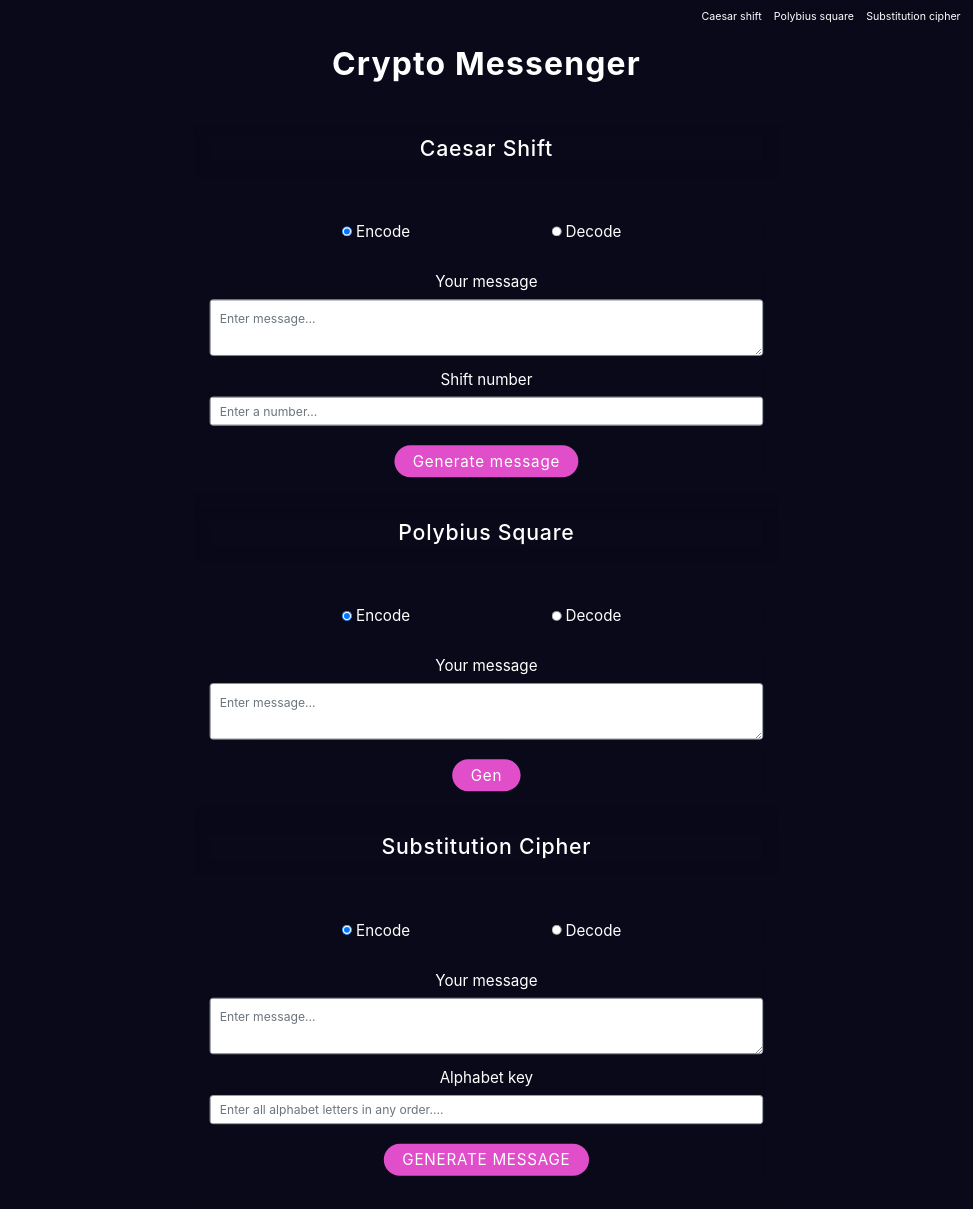
Repository: Rthompson2548/Project-Decoder-Ring
Page: index.html
These files come from the project's save history. The page is drawn as it stood at one moment and after the next save; the edit follows.
The browser window is 1280 px wide. The pictures show the whole page, at 76% of full size.

Above is the page before, as saved 2022-04-09 20:30:42.

### index.html
<!DOCTYPE html>
<html lang="en">

<head>
  <!-- Required meta tags -->
  <meta charset="utf-8" />
  <meta name="viewport" content="width=device-width, initial-scale=1, shrink-to-fit=no" />
  <link rel="icon" href="images/favicon.ico" />
  <link rel="stylesheet" type="text/css" href="index.css" />
  <link rel="stylesheet" href="https://stackpath.bootstrapcdn.com/bootstrap/4.5.2/css/bootstrap.min.css"
    integrity="sha384-JcKb8q3iqJ61gNV9KGb8thSsNjpSL0n8PARn9HuZOnIxN0hoP+VmmDGMN5t9UJ0Z" crossorigin="anonymous" />
<link rel="preconnect" href="https://fonts.googleapis.com">
<link rel="preconnect" href="https://fonts.gstatic.com" crossorigin>
<link href="https://fonts.googleapis.com/css2?family=Archivo&family=Montserrat&family=Work+Sans&display=swap"
  rel="stylesheet">
  <title>Crypto-Messenger</title>
</head>

<body>
  <header class="container-fluid border-0">
    <div class="nav-bar fixed-top">
      <div class="nav-bar">
        <a href="#caesar-shift"> <span class="nav-bar-item">
            Caesar shift
          </span> </a>
          <a href="#polybius-square"> <span class="nav-bar-item">
            Polybius square
          </span> </a>
          <a href="#substitution-cipher"> <span class="nav-bar-item">
            Substitution cipher
          </span> </a>
      </div>
    </div>
  </header>
  <main>
    <div class="header">
      <span class="page-title">
        Crypto Messenger
      </span>
      <!-- <p>Use ciphers to encode & decode messages</p> -->
      </div>

    <div class="page-content">
      <!-- Caesar Shift -->
      <section>
        <div class="language-card" id="caesar-shift">
          <div class="card-header">
            <h2 class="language-card-title">Caesar Shift</h2>
            </div>
            <div class="card-body">

            <form id="caesar">
<!-- encode/decode radio option buttons -->
              <div class="encode-decode-options">
                <!-- encode option radio button -->
                <div class="form-check form-check-inline">
                  <input class="form-check-input" type="radio" name="caesar-options" id="caesar-options-encode" value="encode" checked />

                  <label class="form-check-label" for="caesar-options-encode">
                    Encode
                  </label>

                </div>
<!-- decode option radio button -->
                <div class="form-check form-check-inline">
                  <input class="form-check-input" type="radio" name="caesar-options" id="caesar-options-decode" value="decode" />

                  <label class="form-check-label" for="caesar-options-decode">
                    Decode
                  </label>

                </div>
              </div>

              <div class="form-group">
                <label for="caesar-input">Your message</label>
                <textarea class="form-control" id="caesar-input" rows="2" placeholder="Enter message..."></textarea>
                </div>
                <div class="form-group">
                  <label for="caesar-shift">Shift number</label>
                  <input type="number" class="form-control" id="caesar-shift" placeholder="Enter a number..." />
                </div>
              <div class="submit-button-container">
                <button class="submit-button" type="submit">Generate message</button>
              </div>
            </form>
            </div>
          <div id="caesar-alert" class="alert alert-danger d-none" role="alert"> Something went wrong! Check your input
            and the shift amount and try again. </div>
          <div class="card-footer"><span class="font-weight-bold" id="caesar-output"></span> </div>
          </div>
          </section>
      <!-- Polybius -->
      <section>
        <div class="language-card" id="polybius-square">
          <div class="card-header">
            <h2 class="language-card-title">Polybius Square</h2>
            </div>
            <div class="card-body">
            <!-- <p class="language-card-description"> The Polybius Square is a cipher that is achieved by arranging a
              typical alphabet into a grid. Each letter is represented through a coordinate. For example, in the above
              table, the letter "B" would be represented by the numerical pair "21". </p> -->
            <form id="polybius">
              <div class="encode-decode-options">
                <div class="form-check form-check-inline">
                  <input class="form-check-input" type="radio" name="polybius-options" id="polybius-options-encode" value="encode"
                    checked />
                  <label class="form-check-label" for="polybius-options-encode">Encode</label>
                </div>
                <div class="form-check form-check-inline">
                  <input class="form-check-input" type="radio" name="polybius-options" id="polybius-options-decode" value="decode" />
                  <label class="form-check-label" for="polybius-options-decode">Decode</label>
                </div>
              </div>
              <div class="form-group">
                <label for="polybius-input">Your message</label>
                <textarea class="form-control" id="polybius-input" rows="2" placeholder="Enter message..."></textarea>
                </div>
              <div class="submit-button-container">
                <button class="submit-button" type="submit">Gen</button>
              </div>
            </form>
            </div>
          <div id="polybius-alert" class="alert alert-danger d-none" role="alert"> Something went wrong! Check your
            input and try again. </div>
          <div class="card-footer"><span class="font-weight-bold" id="polybius-output"></span> </div>
          </div>
          </section>
      <!-- Substitution -->
      <section id="substitution-cipher">
        <div class="language-card">
          <div class="card-header">
            <h2 class="language-card-title">Substitution Cipher</h2>
            </div>
            <div class="card-body">

            <form id="substitution">
              <div class="encode-decode-options">
                <div class="form-check form-check-inline">
                  <input class="form-check-input" type="radio" name="substitution-options" id="substitution-options-encode"
                    value="encode" checked />
                  <label class="form-check-label" for="substitution-options-encode">Encode</label>
                </div>
                <div class="form-check form-check-inline">
                  <input class="form-check-input" type="radio" name="substitution-options" id="substitution-options-decode"
                    value="decode" />
                  <label class="form-check-label" for="substitution-options-decode">Decode</label>
                </div>
              </div>
              <div class="form-group">
                <label for="substitution-input">Your message</label>
                <textarea class="form-control" id="substitution-input" rows="2" placeholder="Enter message..."></textarea>
                </div>
                <div class="form-group">
                  <label for="substitution-alphabet">Alphabet key</label>
                  <input type="text" class="form-control" id="substitution-alphabet" maxlength="26"
                    placeholder="Enter all alphabet letters in any order...." />
                </div>
              <div class="submit-button-container">
                <button class="submit-button" type="submit">GENERATE MESSAGE</button>
              </div>
            </form>
            </div>
          <div id="substitution-alert" class="alert alert-danger rounded-0 d-none" role="alert"> Something went wrong!
            Check your input and alphabet key. </div>
          <div class="card-footer border-0"><span class="font-weight-bold" id="substitution-output"></span> </div>
          </div>
          </section>
    </div>

  </main>
  <script src="./scripts/setup.js"></script>
  <script src="./src/caesar.js"></script>
  <script src="./src/polybius.js"></script>
  <script src="./src/substitution.js"></script>
  <script src="./scripts/caesar.js"></script>
  <script src="./scripts/polybius.js"></script>
  <script src="./scripts/substitution.js"></script>
</body>

</html>

### index.css
* {
  background-color: rgb(9 9 25);
  color: #fff;
  margin: 0;
  padding: 0;
}

html, body, #page {
    margin:0;
    padding:0;
    font-family: 'Montserrat', sans-serif;
}

input, textarea {
  font-size: 16px !important;
  border-radius: 20px;
  padding: 12px 24px 12px 12px !important;
}

.page-content {
  align-items: center;
}

.page-title {
  color: #fff;
  font-size: 42px;
  font-weight: bold;
  display: flex;
  letter-spacing: 1.5px;
  justify-content: center;
  margin: 52px 0;
}

.nav-bar {
  display: flex;
  justify-content: center;
  padding: 4px 0;
}

.nav-bar-item {
  font-size: 14px;
  margin-right: 16px;
}

.header {
  display: flex;
  justify-content: center;
}

.encode-decode-options {
  display: flex;
  justify-content: space-evenly;
  margin: 36px 0;
  font-size: 15px;
}

section {
  text-align: center;
}

label {
  font-size: 20px;
}

.language-card {
  display: inline-block;
  width: 60%;
  color: #000;
  border: none;
  border-radius: 8px;
}

.language-card-title {
  font-size: 28px !important;
  letter-spacing: 1px;
  font-weight: light !important;
}

.language-card-description {
  line-height: 1.5rem;
  letter-spacing: 0.5px;
  margin-bottom: 18px;
}

.submit-button-container {
  display: flex;
  justify-content: center;
}

.submit-button {
  background-color: rgb(225 78 202);
  border: none;
  color: #fff;
  border-radius: 25px;
  padding: 6px 24px;
  margin-top: 10px;
  font-size: 20px;
  letter-spacing: 1px;
}

@media (min-width: 1000px) {

  .nav-bar {
    justify-content: end;
  }

  .language-card-title {
    font-size: 16px;
  }

  .language-card-description {
    font-size: 12px;
  }


}

### src/caesar.js
const caesarModule = (function() {
    function caesar(input, shift, encode = true) {
        if (!shift || shift === 0 || shift < -25 || shift > 25) return false;
        /* create a variable that takes the input value and converts it to lower case letters so that all characters have the correct ascii values */
        let word = input.toLowerCase().split("");

        /** will subtract the shift value from the word if "decode" to return the original letters of the word */
        if (!encode) shift = 0 - shift;
        // create a variable that maps each letter of the word
        const message = word.map((letter) => {
            let asciiValue = letter.charCodeAt(0) - 97;
            if (asciiValue < 0 || asciiValue > 26) return letter;

            /* add the ascii code value of the letter to the
            shift argument value to convert  it to the right
            character */
            asciiValue += shift;

            /* if the character's value is less than the 'a' value,
            add 26 to it so that it wraps around the alphabet. */
            if (asciiValue < 0) asciiValue += 26;
            asciiValue = asciiValue % 26;

            /* why do we add the ascii value to 97, which is 'a', if
            we already added it's ascii value to shift? Isn't that how
            we encode the message? */

            asciiValue += 97;

            /* user String.fromCharCode to connect the ascii
            code message back to letter values */
            return String.fromCharCode(asciiValue);
        });

        /* join each new character together to create a full word */
        return message.join("");
    }


    return {
        caesar,
    };
})();

module.exports = {
    caesar: caesarModule.caesar
};

### src/polybius.js
const polybiusModule = (function() {
    function polybius(input, encode = true) {
        /* create a variable that takes the input message, converts it all to lowercase, and use split to return an array of each letter separated by a single comma */
        const split = input.toLowerCase().split("");
        /* create an array of every letter(s) in the polybius square. This array will be separated into multiple inner arrays of letters within the array according to their row */
        const polybiusSquare = [
            ["a", "b", "c", "d", "e"],
            ["f", "g", "h", "(i/j)", "k"],
            ["l", "m", "n", "o", "p"],
            ["q", "r", "s", "t", "u"],
            ["v", "w", "x", "y", "z"],
        ];
        /* create an if statement for what to do if the inputted message should be encoded */
        if (encode) {
            /* create a variable that uses map method on the lowercase message */
            const codedMessage = split.map((letter) => {
                /* create a variable that takes each character from the inputted message array and converts it into it's unicode value. */
                const asciiLetterValue = letter.charCodeAt(0);
                /* use an if statement to return only characters between
                   lowercase 'a' and 'z' ascii values, as well as checking that
                   the character is not a space  */
                if ((asciiLetterValue < 97 || asciiLetterValue > 122) && asciiLetterValue != 32) return;
                /* run a for loop through the polybius square array */
                for (let i = 0; i < polybiusSquare.length; i++) {
                    /* run a for loop within that for loop through each inner array */
                    for (let j = 0; j < polybiusSquare[i].length; j++) {
                        if (polybiusSquare[i][j] === letter) return `${j + 1}${i + 1}`;
                        if (letter === "i" || letter === "j") return "42";
                        if (letter === " ") return " ";
                    }
                }
            });
            /* return the variable that split and lower case'd the original message argument */
            return codedMessage.join("");
        }

        /* decode */

        /* set a variable as an empty string to hold decoded message */
        let codedMessage = "";
        /* run a for loop through the message array, but increment i by 2, because each encoded character amounts to 2 number values */
        for (let i = 0; i < split.length; i += 2) {
            /* create an if statement that checks if the value in the message is a space */
            if (split[i] === " ") {
                /* if the value is true, then add a space string to the decoded message string */
                codedMessage += " ";
                /* switch incrementor to go back one "a" value in order to not include the next number in the string */
                i--;
                /* run a continue statement, which will terminate the i-1 incrementor and return back to a+=2 for the next numbers in the string*/
                continue;
            }
            if (!split[i + 1]) return false; // invalid number of characters
            codedMessage += polybiusSquare[split[i + 1] - 1][split[i] - 1];
        }
        // return the coded message

        return codedMessage;
    }

    return {
        polybius,
    };
})();

module.exports = {
    polybius: polybiusModule.polybius
};

### src/substitution.js
const substitutionModule = (function () {
/* helper function for message and both alphabet strings */
    function mapInput(message, alphabetA, alphabetB) {

        /* use the map method on the input message */
        return message.map((letter) => {
            const index = alphabetA.indexOf(letter);
            /* if statement that returns any characters that
             were not found in the string */
            if (index === -1) return letter;
            return alphabetB[index];
        });
    }

  function substitution(input, alphabet, encode = true) {
        if (!alphabet || alphabet.length != 26) return false;

        /* variable that takes the correct alphabet
        string and returns an array of the letters, separated by a comma */
        const abc = "abcdefghijklmnopqrstuvwxyz".split("");

        /* variable that takes the alphabet argument and
        returns it in lower case, separated by commas */
        const splitAlphabet = alphabet.toLowerCase().split("");

        /* variable that takes the message argument,
        and returns it converted to lower case and separated
        by commas */
        const message = input.toLowerCase().split("");

        /* use a nested for loop to compare the characters
          in the alphabet argument to check for uniqueness */
        for (let i = 0; i < splitAlphabet.length; i++) {
            for (let j = i + 1; j < splitAlphabet.length; j++) {
                if (splitAlphabet[i] === splitAlphabet[j]) return false;
            }
        }

        if (encode) return mapInput(message, abc, splitAlphabet).join("");
        return mapInput(message, splitAlphabet, abc).join("");
}

  return {
    substitution,
  };
})();

module.exports = { substitution: substitutionModule.substitution };

### scripts/caesar.js
function caesarRenderer() {

  const form = document.querySelector("#caesar");

  form.addEventListener("submit", (event) => {
    event.preventDefault();

    /** grabs input value via the textarea's id */
    const input = event.target["caesar-input"].value;

    /** direction will be either "encode" or "decode" */
    const direction = event.target["caesar-options"].value;

    /** grabs the value of the shift number input (aka the number to shift the message by) */
    const shift = event.target["caesar-shift"].value;

    /** sets the value of the shift in integer form */
    const result =
      direction === "encode"
        ? caesarModule.caesar(input, Number(shift))
        : caesarModule.caesar(input, Number(shift), false);

    const alert = document.querySelector("#caesar-alert");

    if (result) {
      alert.classList.add("d-none");
      const output = document.querySelector("#caesar-output");
      output.innerHTML = result;
    } else {
      alert.classList.remove("d-none");
    }
  });
}

document.addEventListener("DOMContentLoaded", caesarRenderer);

### scripts/polybius.js
function polybiusRenderer() {
  const form = document.querySelector("#polybius");
  form.addEventListener("submit", (event) => {
    event.preventDefault();

    const input = event.target["polybius-input"].value;
    const direction = event.target["polybius-options"].value;
    const result =
      direction === "encode"
        ? polybiusModule.polybius(input)
        : polybiusModule.polybius(input, false);

    const alert = document.querySelector("#polybius-alert");
    if (result) {
      alert.classList.add("d-none");
      const output = document.querySelector("#polybius-output");
      output.innerHTML = result;
    } else {
      alert.classList.remove("d-none");
    }
  });
}

document.addEventListener("DOMContentLoaded", polybiusRenderer);

### scripts/substitution.js
function substitutionRenderer() {
  const form = document.querySelector("#substitution");
  form.addEventListener("submit", (event) => {
    event.preventDefault();

    const input = event.target["substitution-input"].value;
    const direction = event.target["substitution-options"].value;
    const alphabet = event.target["substitution-alphabet"].value;
    const result =
      direction === "encode"
        ? substitutionModule.substitution(input, alphabet)
        : substitutionModule.substitution(input, alphabet, false);

    const alert = document.querySelector("#substitution-alert");
    if (result) {
      alert.classList.add("d-none");
      const output = document.querySelector("#substitution-output");
      output.innerHTML = result;
    } else {
      alert.classList.remove("d-none");
    }
  });
}

document.addEventListener("DOMContentLoaded", substitutionRenderer);

Loaded but not shown: scripts/setup.js (common file)

After the next save:
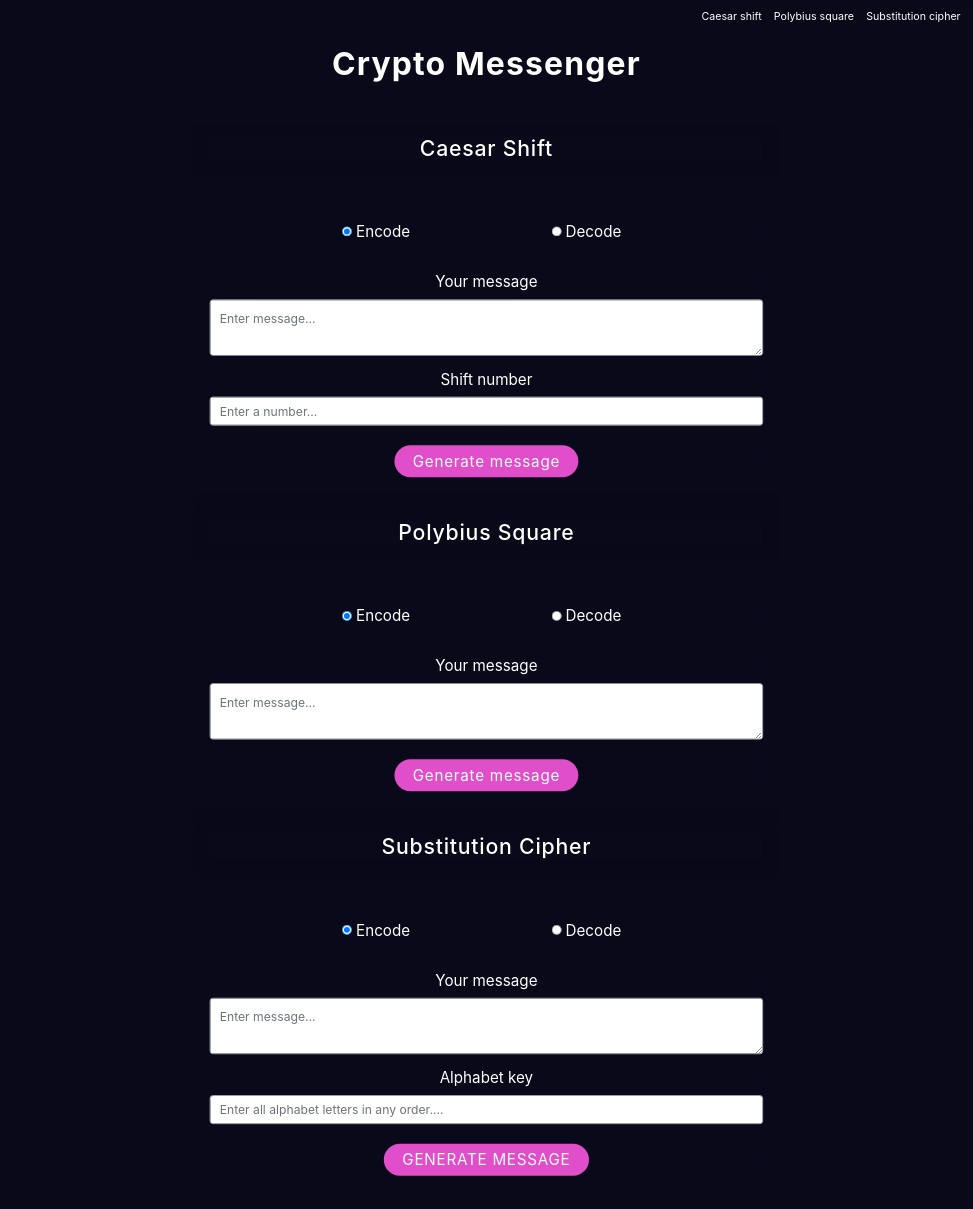
Saved 6 s later.
--- a/index.html
+++ b/index.html
@@ -117,7 +117,7 @@
                 <textarea class="form-control" id="polybius-input" rows="2" placeholder="Enter message..."></textarea>
                 </div>
               <div class="submit-button-container">
-                <button class="submit-button" type="submit">Gen</button>
+                <button class="submit-button" type="submit">Generate message</button>
               </div>
             </form>
             </div>
